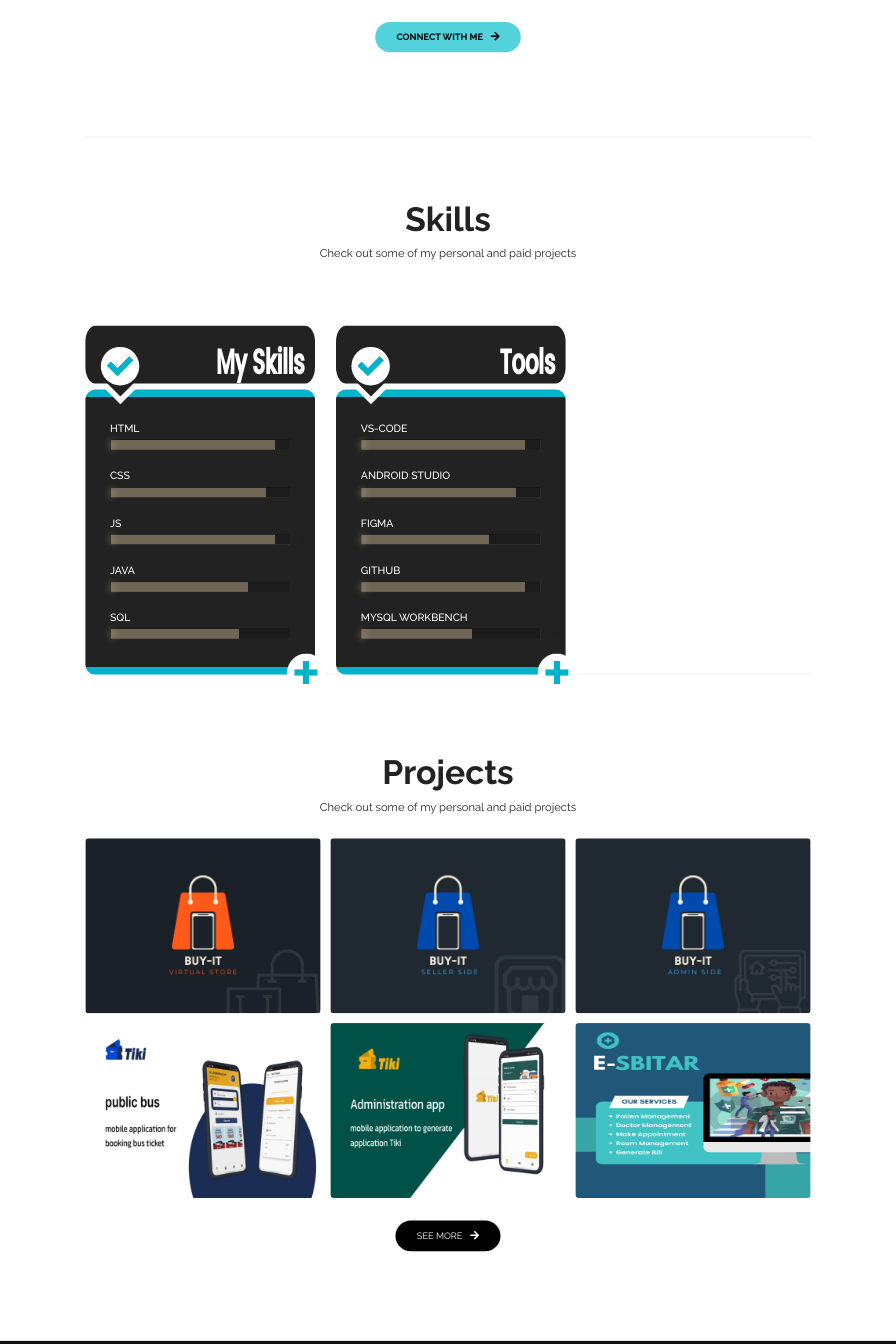
Repository: rahimmenadi/My-Website
Page: index.html
These files come from the project's save history. The page is drawn as it stood at one moment and after a run of saves; the edit follows.
The browser window is 1280 px wide. The pictures show the part of the page from y = 621 to 2541 px (the page is 2750 px tall), at 70% of full size.

Above is the page before, as saved 2023-06-22 02:55:34.

### index.html
<!DOCTYPE html>
<html lang="en">
  <head>
    <meta charset="UTF-8" />
    <meta http-equiv="X-UA-Compatible" content="IE=edge" />
    <meta name="viewport" content="width=device-width, initial-scale=1.0" />
    <title>Abderrahim website</title>
    <!-- Primary Meta Tags -->


    <!-- Open Graph / Facebook -->

    <!-- Twitter -->


    <!-- Link -->
    <link
      rel="apple-touch-icon"
      sizes="180x180"

    />
    <link
      rel="icon"

    />
    <link
      rel="icon"
    />
    <link
      rel="icon"

    />
    <link
      rel="icon"
      type="image/png"
      sizes="512x512"

    />
    <link rel="icon" type="image/x-icon" style="width: 10px;" href="assets/favicon/favicon.ico" />
    <link rel="manifest" href="assets/favicon/site.webmanifest" />
    <link
      rel="stylesheet"
      href="https://use.fontawesome.com/releases/v5.15.4/css/all.css"
      integrity="sha384-DyZ88mC6Up2uqS4h/KRgHuoeGwBcD4Ng9SiP4dIRy0EXTlnuz47vAwmeGwVChigm"
      crossorigin="anonymous"
    />
    <link rel="stylesheet" href="css/style.css" />
    <link rel="stylesheet" href="css/utilities.css" />
    <link rel="stylesheet" href="css/skills.css">
  </head>
  <body>
    <header id="hero">
      <!-- Navbar -->
      <nav class="navbar">
        <div class="container">
          <!-- Logo -->
          <h1 id="logo">
            <a href="index.html"
              ><img src="./assets/my-logo.png" alt="Your Logo"
            /></a>
          </h1>
          <!-- Navbar links -->
          <ul class="nav-menu">
            <li><a class="nav-link" href="#projects">PROJECTS</a></li>
            <li><a class="nav-link" href="#">CONTACT</a></li>
            <li><a class="nav-link" href="#">BlOG</a></li>
            <li>
              <a
                class="nav-link btn btn-primary"
                href="https://drive.google.com/file/d/1Vr3cuGUzEaZS90SvZUjXhywFSRYMYiCT/view?usp=drive_link"
                >RESUME <i class="fas fa-arrow-right"></i
              ></a>
            </li>

            <!-- Toggle switch -->
            <div class="theme-switch">
              <input type="checkbox" id="switch" />
              <label class="toggle-icons" for="switch">
                <img class="moon" src="assets/moon.svg" />
                <img class="sun" src="assets/sun.svg" />
              </label>
            </div>
            <!-- Hamburger menu -->
          </ul>
          <div class="hamburger">
            <span class="bar"></span>
            <span class="bar"></span>
            <span class="bar"></span>
          </div>
        </div>
      </nav>

      <section class="header-container">
        <img
          class="profile-image"
          src="assets/profile.jpg"
          alt=""
        />
        <h1>Hi I'm Abderrahim Menadi <span class="wave">👋</span></h1>

        <div class="content-text">
          <h2>About Me</h2>
          <h2>Junior Front-End Web Developer.</h2>

          <p>
            I’m a Frontend Developer with a strong understanding of Responsive Web Design
             and have demonstrated past work experience working in the frontend development industry.
          </p>
        </div>
        <a
                class="nav-link btn btn-primary"
                href="https://linktr.ee/abderrahimmeandi"
                >Connect With Me <i class="fas fa-arrow-right"></i
              ></a>





      </section>
    </header>
    <section id="projectsskills" class="project-container container">
      <div class="division"></div>
      <div class="content-text">
        <h2>Skills</h2>
        <p>Check out some of my personal and paid projects</p>
      </div>
 <article class="project">

        <!-- Project 1 -->
        <div class="content">
          <div class="profile-skills">
            <div>
              <input type="checkbox" id="sk1">
              <label for="sk1"></label>
              <ul class="skills skills1">
                <li class="sk-cms"><span>HTML</span></li>
                <li class="sk-dtb"><span>CSS</span></li>
                <li class="sk-dis"><span>JS</span></li>
                <li class="sk-pro"><span>Java</span></li>
                <li class="sk-ani"><span>SQL</span></li>
                <li class="more">
                  <input type="checkbox" id="more-con"><label for="more-con"></label>
                  <div><span>RWD</span><span>Animation</span><span>CHARTS</span><span>API</span><span>BE Linker</span><span>BDD</span></div>
                </li>
              </ul>
            </div>
            <div>
            <input type="checkbox" id="sk2">
            <label for="sk2"></label>
            <ul class="skills skills2">
              <li class="sk-gim"><span>VS-code</span></li>
              <li class="sk-not"><span>Android Studio</span></li>
              <li class="sk-tri"><span>figma</span></li>
              <li class="sk-wor"><span>Github</span></li>
              <li class="sk-ado"><span>MySQL Workbench</span></li>

              <li class="more">
                <input type="checkbox" id="more-pro"><label for="more-pro"></label>
                <div><span>JOOMLA</span><span>DRUPAL</span><span>JIRA</span><span>TRELLO</span><span>FILEZILLA</span><span>GIT</span></div>
              </li>
            </ul>
            </div>

        </div>
      </article>


    </section>

    <!-- Projects -->
    <section id="projects" class="project-container container">
      <div class="division"></div>
      <div class="content-text">
        <h2>Projects</h2>
        <p>Check out some of my personal and paid projects</p>
      </div>

      <article class="project">
        <!-- Project 1 -->
        <div href="" class="card">
          <div class="project-info">
            <div class="project-bio">
              <h3>Buy-it</h3>
              <p>HTML, CSS, SASS, JS, Node-JS</p>
            </div>

            <div class="project-link">
              <a href="https://github.com/rahimmenadi/projectx" target="_blank"><i class="fab fa-github"></i></a>
              <a href="#" target="_blank"><i class="fas fa-globe"></i></a>
            </div>
          </div>
        </div>

        <!-- Project 2 -->
        <div href="" class="card">
          <div class="project-info">
            <div class="project-bio">
              <h3>Buy-it Seller Side</h3>
              <p>HTML, CSS, SASS, JS, Node-JS</p>
            </div>

            <div class="project-link">
              <a href="https://github.com/rahimmenadi/projectx" target="_blank"><i class="fab fa-github"></i></a>
              <a href="#" target="_blank"><i class="fas fa-globe"></i></a>
            </div>
          </div>
        </div>

        <!-- Porject 3 -->
        <div href="" class="card">
          <div class="project-info">
            <div class="project-bio">
              <h3>Buy-it Admin Side</h3>
              <p>HTML, CSS, SASS, JS, Node-JS</p>
            </div>

            <div class="project-link">
              <a href="https://github.com/rahimmenadi/projectx" target="_blank"><i class="fab fa-github"></i></a>
              <a href="#" target="_blank"><i class="fas fa-globe"></i></a>
            </div>
          </div>
        </div>

        <!-- Project 4 -->
        <div href="" class="card">
          <div class="project-info">
            <div class="project-bio">
              <h3>Tiki</h3>
              <p>Java,  Firebase</p>
            </div>

            <div class="project-link">
              <a href="https://github.com/rahimmenadi/Tiki" target="_blank"><i class="fab fa-github"></i></a>
              <a href="https://mega.nz/file/mu5gybiB#gw8IHSz2v9bFG0ZwwQFL_AMZv8WIdCRUhiW0hA_XVq8" target="_blank"><i class="fas fa-globe"></i></a>
            </div>
          </div>
        </div>

        <!-- Project 5 -->
        <div href="" class="card">
          <div class="project-info">
            <div class="project-bio">
              <h3>Tiki Admin</h3>
              <p>Java,  Firebase</p>
            </div>

            <div class="project-link">
              <a href="https://github.com/rahimmenadi/Tiki" target="_blank"><i class="fab fa-github"></i></a>
              <a href="https://mega.nz/file/K7xAAYyK#4BQzPwOJpC8L00cKX2bVBURrUfcqUJ3T-dvLVdOQe9E" target="_blank"><i class="fas fa-globe"></i></a>
            </div>
          </div>
        </div>

        <!-- Project 6 -->
        <div href="" class="card">
          <div class="project-info">
            <div class="project-bio">
              <h3>E-sbitar</h3>
              <p>JavaFX, CSS, SQL</p>
            </div>

            <div class="project-link">
              <a href="https://github.com/rahimmenadi/E-SBITAR" target="_blank"><i class="fab fa-github"></i></a>
              <a href="https://drive.google.com/drive/folders/1nvo8g8NKInz3Hvw1Pheuo8E3XhV_Ej0T?usp=drive_link" target="_blank"><i class="fas fa-globe"></i></a>
            </div>
          </div>
        </div>
      </article>

      <a href="https://github.com/rahimmenadi" class="btn btn-secondary"
        target="_blank" >See More <i class="fas fa-arrow-right"></i
      ></a>
    </section>

    <footer id="footer">
      <div class="container">
        <a href="mailto:a.menadi@esi-sba.dz">a.menadi@esi-sba.dz</a>
        <!-- Social links -->
        <div class="social">

          <a href="https://www.linkedin.com/in/abderrahim-menadi/" target="_blank"
            ><img src="./assets/linkedin-icon.svg" alt="Linkedin"
          /></a>
          <a href="https://github.com/rahimmenadi" target="_blank"><img src="./assets/github-icon.svg" alt="GitHub" /></a>

        </div>
        <!-- Attribution -->
        <div class="attribution">

            <img
              src="/assets/my-logo.png"
              alt="attribution"
              width="80px"

            />

        </div>
        <p>Copyright &copy; Abderrahim-Menadi <span id="datee"></span>, All rights reserved</p>
      </div>
    </footer>
    <script src="js/script.js"></script>
  </body>
</html>

### css/utilities.css
/* ?This is where reusable styling of this template will be.
   !Will contain things like:
   * Button styling
   * Background color styling
   * padding and margin
*/

.container {
  max-width: var(--width-medium);
  margin: 0 auto;
  padding: 1rem 2rem;
}

h1::selection,
h2::selection {
  color: #111;
  background: var(--primary-color);
}

/* Buttons */
.btn {
  display: inline-block;
  padding: 0.75rem 1.9rem;
  border-radius: 30px;
  text-transform: uppercase;
  font-size: 0.82rem;
  transition: 0.3s;
}


.btn-primary {
  background: var(--primary-color);
  color: #000000;
  font-weight:700 ;
}

.btn-secondary {
  margin: 5px 0;
  background-color: var(--bg-secondary);
  color: var(--bg-primary);
}

/* add hover to resume button */
.btn-primary:hover {
  background: var(--secondary-color);
}


/* Dark mode toggle */
#switch {
  display: none;
}

.toggle-icons {
  display: flex;
  justify-content: space-between;
  align-items: center;
  cursor: pointer;
}

.toggle-icons > img {
  transition: 0.6s cubic-bezier(0.23, 1, 0.32, 1);
  width: 30px;
}

.moon {
  transform: rotate(10deg);
}

#switch:checked + .toggle-icons .moon {
  transform: rotate(250deg);
}

#switch:checked + .toggle-icons .sun {
  transform: rotate(100deg);
}

/* Header Container */
.header-container {
  display: flex;
  flex-direction: column;
  align-items: center;
  justify-content: center;
  margin-top: 8rem;
  padding: 1rem;
}

.header-container > div {
  margin-top: 1rem;
}

.content-text {
  text-align: center;
  margin: 1.5rem 0;
}

.content-text h2 {
  font-size: 3rem;
  line-height: 1.2;
  transition: 0.2s ease-in-out;
}

.content-text p {
  padding: 0.5rem;
  margin: 0 auto;
  max-width: 700px;
}

/* Project cards */
.card {
  padding: 1rem;
  background: var(--card-background);
  color: #ffffff;
  border-radius: 5px;
  transition: 0.4s ease-in-out;
  cursor: pointer;
}

.card a {
  color: #ffffff;
  transition: 0.25s ease-in-out;
  font-size: 1.1rem;
  margin-right: 0.3rem;
}

.card a:hover {
  color: var(--primary-color);
}

.card:hover {
  box-shadow: inset 0 100px 1000px 10px rgba(0, 0, 0, 0.8);
}

.card:hover .project-info {
  opacity: 1;
}

/* Project Images */

/* project 1 */
.card:nth-child(1) {

  background: url(../assets/project/buy-it.png) center center/cover;
}

/* Project 2 */
.card:nth-child(2) {
  background: url(../assets/project/seller-it.png) center center/cover;
}

/* Project 3 */
.card:nth-child(3) {
  background: url(../assets/project/admin-it.png) center center/cover

}

/* Project 4 */
.card:nth-child(4) {
  background: url(../assets/project/tkiii.png) center center/cover;
}

/* Project 5 */
.card:nth-child(5) {
  background: url(../assets/project/tiki-admin3.png) center center/cover;
}

/* Project 6 */
.card:nth-child(6) {
  background: url(../assets/project/e-sbitar.png) center center/cover;
}

/* Media Queries */
@media (max-width: 768px) {
  .header-container {
    margin-top: 7rem;
    text-align: center;
  }

  .content-text h2 {
    font-size: 2.5rem;
  }
}

Loaded but not shown: js/script.js (67 lines, source omitted); css/skills.css (573 lines, source omitted); css/style.css (371 lines, source omitted)

After the next 4 saves:
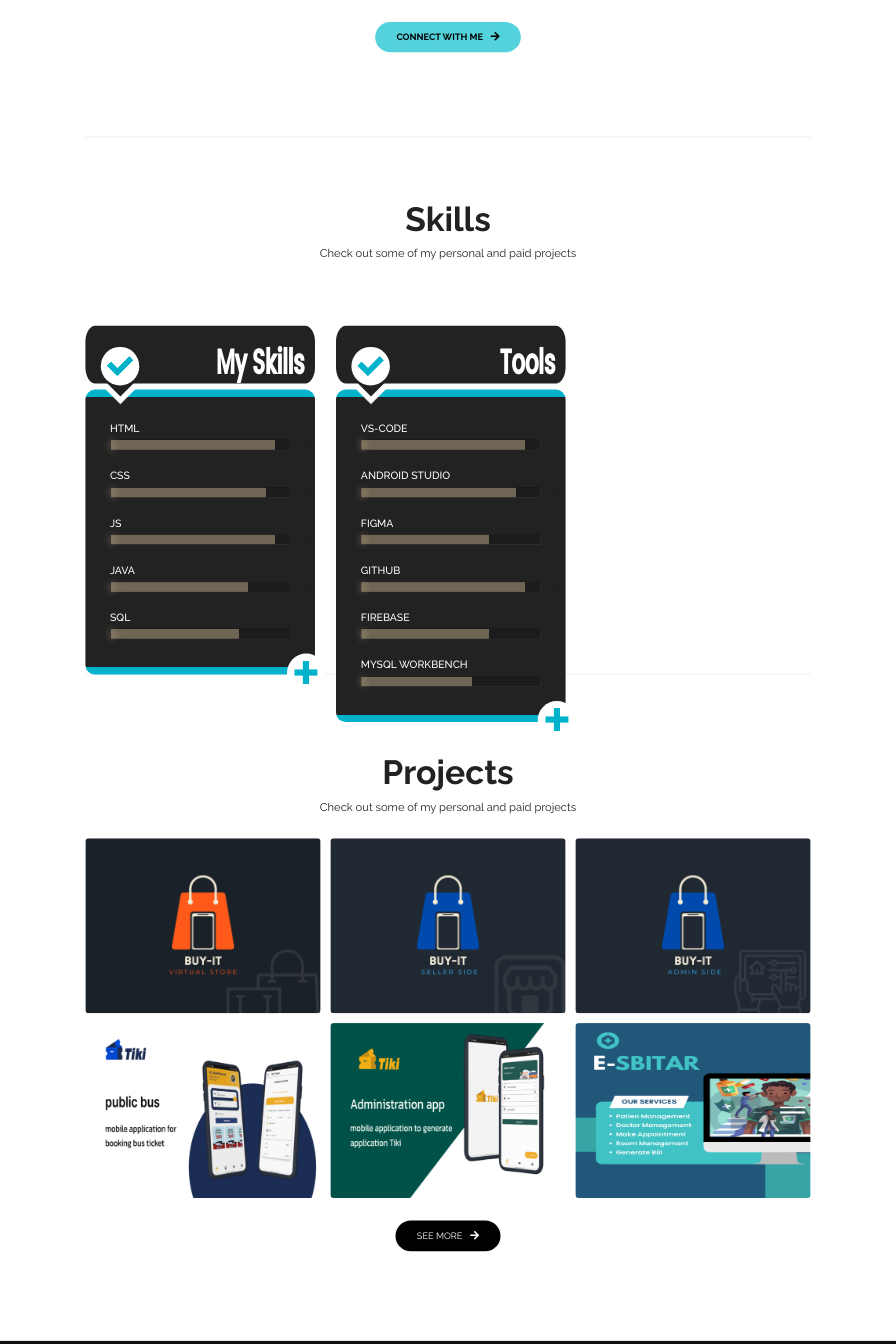
The 4 saves are shown as one change because they came seconds apart.
The last was saved 61 s later.
--- a/index.html
+++ b/index.html
@@ -153,6 +153,7 @@
               <li class="sk-not"><span>Android Studio</span></li>
               <li class="sk-tri"><span>figma</span></li>
               <li class="sk-wor"><span>Github</span></li>
+              <li class="sk-tri"><span>FIREBASE</span></li>
               <li class="sk-ado"><span>MySQL Workbench</span></li>
 
               <li class="more">

After the 2 saves that followed:
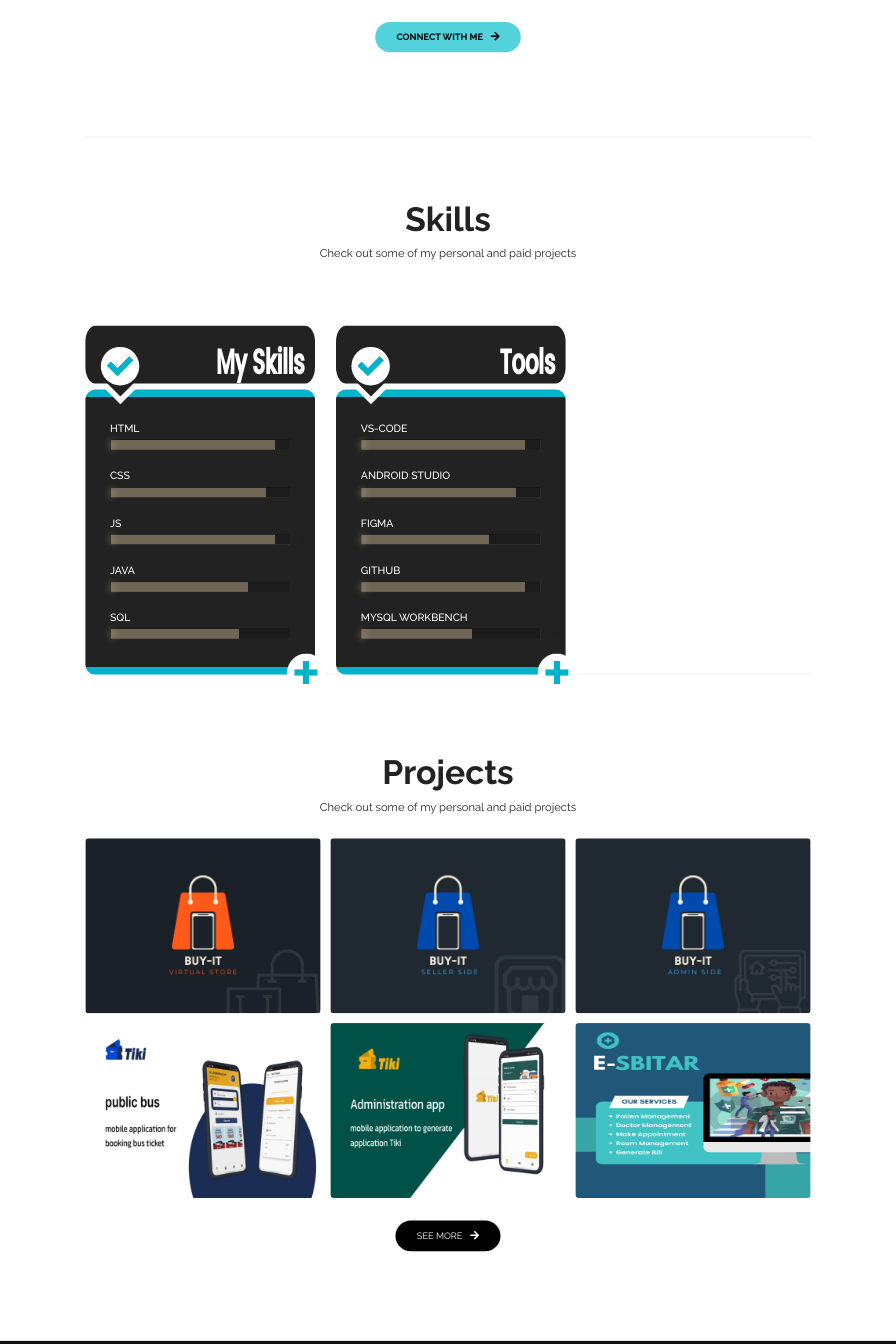
The 2 saves are shown as one change because they came seconds apart.
The last was saved 13 s later.
--- a/index.html
+++ b/index.html
@@ -153,7 +153,7 @@
               <li class="sk-not"><span>Android Studio</span></li>
               <li class="sk-tri"><span>figma</span></li>
               <li class="sk-wor"><span>Github</span></li>
-              <li class="sk-tri"><span>FIREBASE</span></li>
+
               <li class="sk-ado"><span>MySQL Workbench</span></li>
 
               <li class="more">
